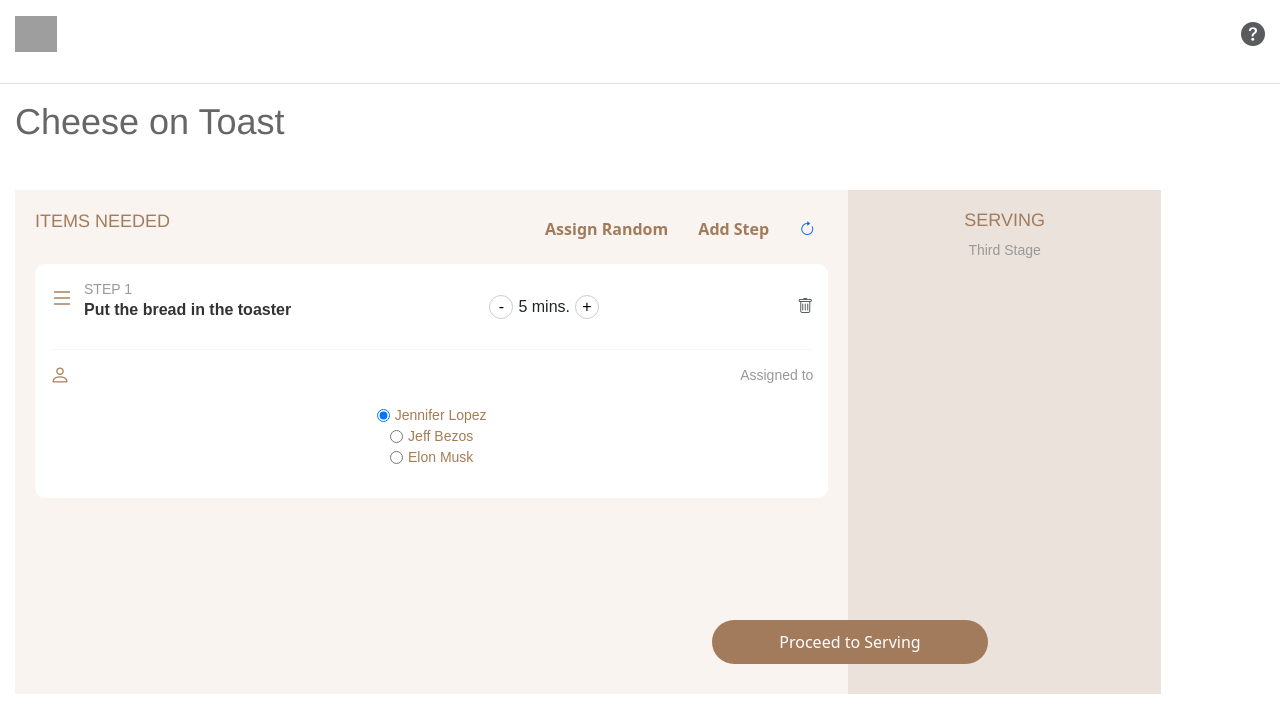
Repository: devashrisamani/SMC
Page: assign.html
An editor plug-in stored every save of this project. The page is shown before and after the next save, followed by the edit.
The browser window is 1280 px wide. The pictures show the whole page.
Pictures or frames that could not be fetched are drawn as grey boxes.

Above is the page before, as saved 2024-10-09 23:56:27.

### assign.html
<!DOCTYPE html>
<html lang="en">
  <head>
    <meta charset="UTF-8" />
    <meta name="viewport" content="width=device-width, initial-scale=1.0" />
    <link
      href="https://cdn.jsdelivr.net/npm/bootstrap@5.3.0-alpha1/dist/css/bootstrap.min.css"
      rel="stylesheet"
    />
    <link
      href="https://cdn.jsdelivr.net/npm/bootstrap-icons/font/bootstrap-icons.css"
      rel="stylesheet"
    />
    <link rel="stylesheet" href="styles.css" />
    <title>Assign Page</title>
    <style>
      .step-item {
        border: 1px solid #ddd;
        border-radius: 10px;
        padding: 15px;
        background-color: #f9f9f9;
        margin-bottom: 10px;
      }

      .step-header {
        display: flex;
        justify-content: space-between;
        align-items: center;
        margin-bottom: 15px;
      }

      .handle-icon {
        margin-right: 10px;
        font-size: 24px;
        color: #a67c52;
      }

      .step-info {
        display: inline-block;
      }

      .step-number {
        margin: 0;
        font-size: 12px;
        color: #a67c52;
      }

      .step-title {
        margin: 0;
        font-size: 16px;
        font-weight: bold;
        color: #333;
      }

      .step-divider {
        border: none;
        border-top: 1px solid #ddd;
        margin: 10px 0;
      }

      .step-timer {
        display: flex;
        align-items: center;
      }

      .timer-btn {
        background-color: #fff;
        border: 1px solid #ccc;
        border-radius: 50%;
        width: 24px;
        height: 24px;
        display: inline-flex;
        justify-content: center;
        align-items: center;
        margin: 0 5px;
        cursor: pointer;
      }

      .timer-btn:hover {
        background-color: #eee;
      }

      .delete-step {
        color: #a67c52;
        cursor: pointer;
      }

      .delete-step:hover {
        color: #333;
      }

      .step-body {
        margin-top: 10px;
      }

      .task-icon {
        font-size: 20px;
        color: #a67c52;
        margin-right: 10px;
      }

      .assigned-text {
        font-size: 14px;
        color: #666;
        margin: 0;
      }

      /* Flexbox column layout to make radio buttons appear below the text */
      .assigned-users {
        display: flex;
        flex-direction: column;
        margin-top: 5px;
      }

      .user-option {
        display: inline-flex;
        align-items: center;
      }

      .user-option input {
        margin-right: 5px;
      }

      .user-option span {
        font-size: 14px;
        color: #a67c52;
      }
    </style>
  </head>
  <body>
    <!-- Header -->
    <header class="container-fluid border-bottom py-3">
      <div class="d-flex justify-content-between align-items-center">
        <!-- Logo -->
        <div>
          <img src="img/logomark.svg" alt="Logo" class="logo" />
        </div>

        <!-- Help Icon -->
        <div>
          <i class="bi bi-question-circle-fill fs-4 text-muted"></i>
        </div>
      </div>
    </header>

    <!-- Title and Retry Button -->
    <section class="container-fluid py-3">
      <div class="d-flex justify-content-between align-items-center">
        <!-- Title -->
        <h1 class="header-title">Cheese on Toast</h1>
      </div>
    </section>
    <!-- Main Content -->
    <section class="container-fluid py-3">
      <div class="row position-relative">
        <!-- First Rectangle: Items Needed -->
        <div class="col-md-8 rectangle items-needed">
          <div class="d-flex justify-content-between align-items-center mb-3">
            <!-- Title (Items Needed) -->
            <h4 class="items-title">ITEMS NEEDED</h4>

            <!-- Add Ingredient and Refresh Button -->
            <div>
              <button class="btn btn-link add-ingredient">Assign Random</button>
              <button class="btn btn-link add-ingredient">Add Step</button>
              <button class="btn btn-link refresh-btn">
                <i class="bi bi-arrow-clockwise"></i>
              </button>
            </div>
          </div>

          <!-- Ingredients List -->
          <ul class="list-group ingredients-list">
            <!-- Ingredients will be added here -->
            <li class="step-item list-group-item">
              <div
                class="step-header d-flex align-items-center justify-content-between"
              >
                <div class="d-flex align-items-center">
                  <i class="bi bi-list handle-icon"></i>
                  <div class="step-info">
                    <p class="step-number">STEP 1</p>
                    <h4 class="step-title">Put the bread in the toaster</h4>
                  </div>
                </div>
                <div class="step-timer">
                  <button class="timer-btn">-</button>
                  <span>5 mins.</span>
                  <button class="timer-btn">+</button>
                </div>
                <i class="bi bi-trash text-muted delete-step"></i>
              </div>

              <!-- Horizontal line to separate sections -->
              <hr class="step-divider" />

              <div class="step-body">
                <div class="d-flex align-items-center">
                  <!-- Task icon before "Assigned to" -->
                  <i class="bi bi-person task-icon"></i>
                  <p class="assigned-text mb-0">Assigned to</p>
                </div>

                <!-- Radio buttons below "Assigned to" text -->
                <div class="assigned-users d-flex flex-column mt-2">
                  <label class="user-option">
                    <input type="radio" name="assigned-user" checked />
                    <span>Jennifer Lopez</span>
                  </label>
                  <label class="user-option">
                    <input type="radio" name="assigned-user" />
                    <span>Jeff Bezos</span>
                  </label>
                  <label class="user-option">
                    <input type="radio" name="assigned-user" />
                    <span>Elon Musk</span>
                  </label>
                </div>
              </div>
            </li>
          </ul>
        </div>

        <!-- Third Rectangle: Serving -->
        <div class="col-md-3 rectangle serving">
          <h5>SERVING</h5>
          <p>Third Stage</p>
        </div>

        <!-- Button inside both Cooking and Serving -->
        <div class="proceed-btn-wrapper position-absolute">
          <button class="btn btn-primary proceed-btn">
            Proceed to Serving
          </button>
        </div>
      </div>
    </section>
  </body>
</html>

### styles.css
/* Custom styles for the header */
html,
body {
  margin: 0;
  padding: 0;
  overflow-x: hidden; /* Hide horizontal scrolling */
}

.logo {
  width: 42px;
  height: 36px;
}

.bi-question-circle-fill {
  color: #a27b5c;
}

.border-bottom {
  border-color: #eee;
}

/* Title Section */
.header-title {
  font-family: "Calistoga-Regular", Helvetica, sans-serif;
  color: #666666;
  font-size: 36px;
  margin: 0;
}

.retry-btn {
  border-color: #a27b5c;
  color: #a27b5c;
  border-radius: 20px;
}

.retry-btn:hover {
  background-color: #a27b5c;
  color: #fff;
}

.container-fluid {
  max-width: 100vw; /* Ensure it does not exceed the viewport width */
  padding-right: 15px;
  padding-left: 15px;
  box-sizing: border-box;
}

.row {
  margin-right: 0;
  margin-left: 0;
}
/* Styling for the three rectangles */

.rectangle {
  background-color: #f7f3ef;
  padding: 20px;
  /* height: 100%; */
  min-height: 70vh;
}

.items-needed {
  background-color: #f9f4ef;
}

.cooking {
  background-color: #f2eee9;
  text-align: center;
}

.serving {
  background-color: #eae2db;
  text-align: center;
}

/* Title and Text Styles */
.items-title {
  font-family: "Calistoga-Regular", Helvetica, sans-serif;
  color: #a27b5c;
  font-size: 18px;
  margin-bottom: 15px;
}

.ingredients-list .list-group-item {
  border: none;
  border-radius: 10px;
  background-color: #fff;
  margin-bottom: 10px;
  font-family: "DM Sans", sans-serif;
}

.ingredients-list .list-group-item strong {
  font-size: 18px;
  color: #666666;
}

.ingredients-list .list-group-item p {
  font-size: 14px;
  color: #999999;
}

/* Add Ingredient Button */
.add-ingredient {
  color: #a27b5c;
  font-weight: bold;
  text-decoration: none;
}

.cooking h5,
.serving h5 {
  font-family: "Calistoga-Regular", Helvetica, sans-serif;
  font-size: 18px;
  color: #a27b5c;
}

.cooking p,
.serving p {
  font-family: "DM Sans", sans-serif;
  font-size: 14px;
  color: #999999;
}

/* Flexbox for the title and button alignment */
.d-flex {
  display: flex;
  justify-content: space-between;
  align-items: center;
  margin-bottom: 15px;
}

.proceed-btn-wrapper {
  position: absolute;
  bottom: 30px;
  left: 50%;
  transform: translateX(20%);
  width: 100%; /* Ensure it's 100% of its parent, not wider */
  max-width: 300px; /* Prevent it from getting too large */
  overflow: hidden;
}

.proceed-btn {
  width: 100%;
  max-width: 300px;
  background-color: #a27b5c;
  color: #fff;
  border-radius: 50px;
  font-size: 16px;
  padding: 10px 40px;
  border: none;
}

.proceed-btn:hover {
  background-color: #8c6649;
  color: #fff;
}

After the next save:
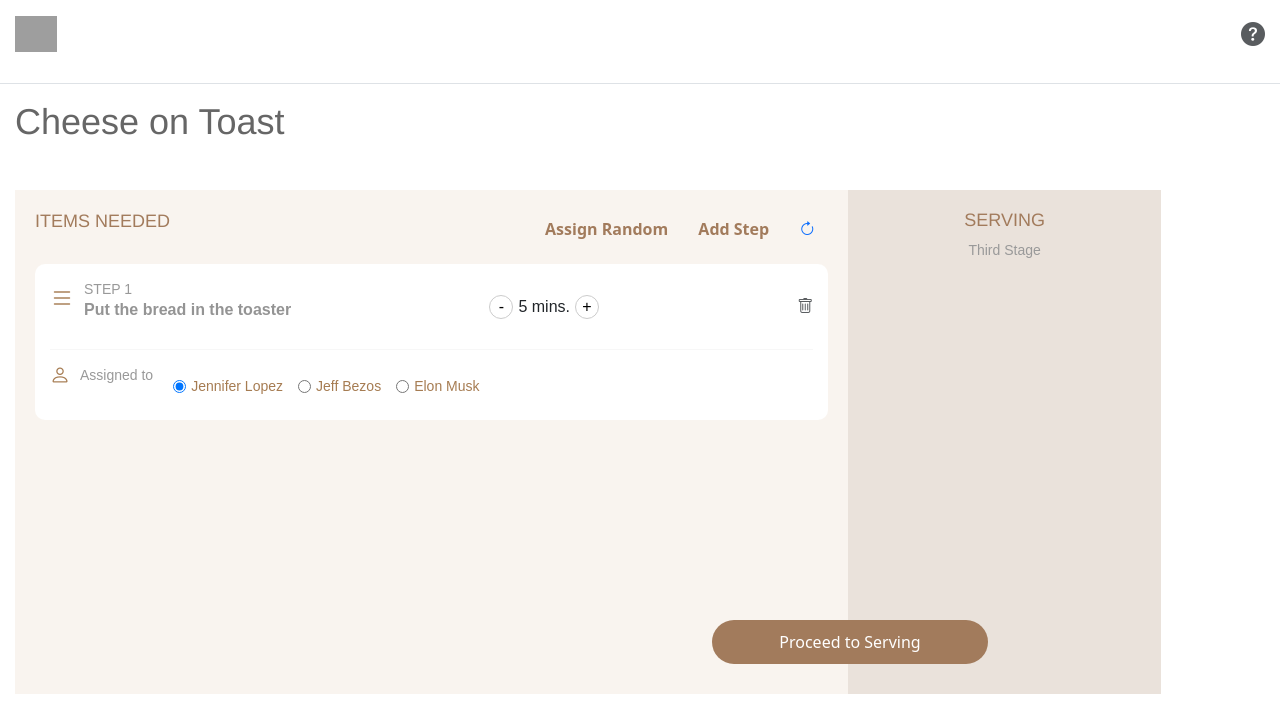
Saved 13 s later.
--- a/assign.html
+++ b/assign.html
@@ -49,7 +49,7 @@
         margin: 0;
         font-size: 16px;
         font-weight: bold;
-        color: #333;
+        color: #949494;
       }
 
       .step-divider {
@@ -91,6 +91,8 @@
 
       .step-body {
         margin-top: 10px;
+        display: flex;
+        align-items: center;
       }
 
       .task-icon {
@@ -102,14 +104,13 @@
       .assigned-text {
         font-size: 14px;
         color: #666;
-        margin: 0;
-      }
-
-      /* Flexbox column layout to make radio buttons appear below the text */
+        margin: 0 10px 0 0;
+      }
+
       .assigned-users {
         display: flex;
-        flex-direction: column;
-        margin-top: 5px;
+        gap: 15px;
+        margin-left: 10px;
       }
 
       .user-option {
@@ -202,7 +203,7 @@
                 </div>
 
                 <!-- Radio buttons below "Assigned to" text -->
-                <div class="assigned-users d-flex flex-column mt-2">
+                <div class="assigned-users mt-2">
                   <label class="user-option">
                     <input type="radio" name="assigned-user" checked />
                     <span>Jennifer Lopez</span>
